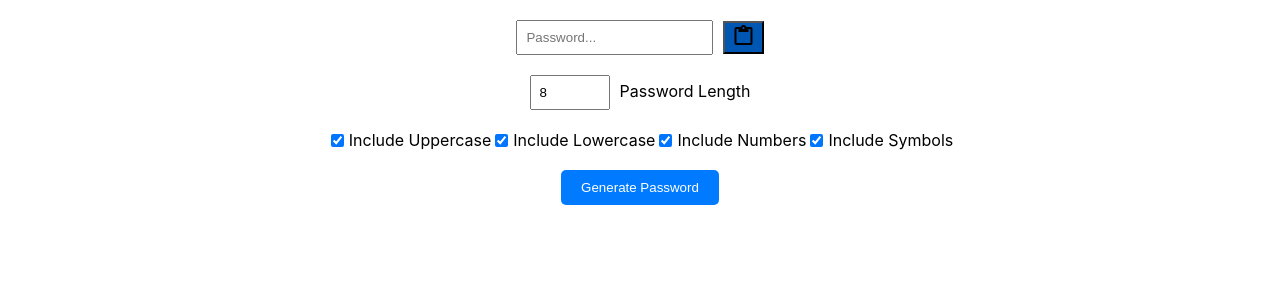
Repository: sriram1224/pass-generator
Page: /
These files come from the project's save history. The page is drawn as it stood at one moment and after the next save; the edit follows.
The browser window is 1280 px wide. The pictures show the whole page.
The pointer rests on the first visible `button`.
The project was rebuilt for these pictures with package versions that can differ from the ones it lists, and the page was loaded fresh each time.

Above is the page before, as saved 2024-03-21 20:09:27.

After the next save:
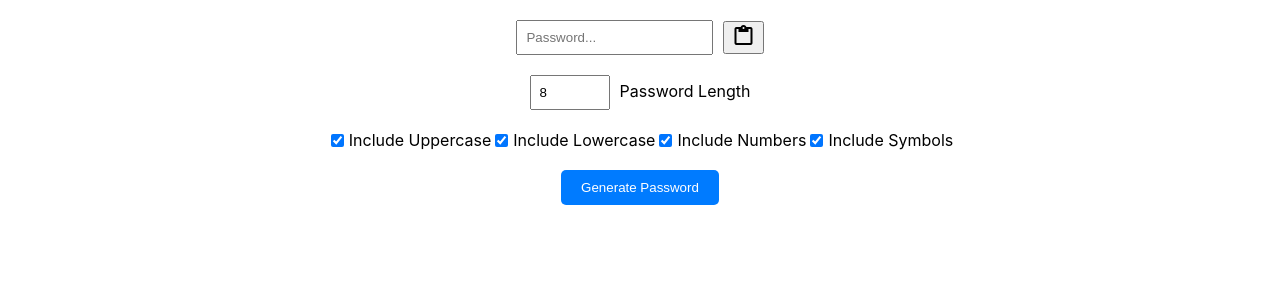
Saved 32 s later.
--- a/src/App.css
+++ b/src/App.css
@@ -43,7 +43,7 @@
   cursor: pointer;
 }
 
-button:hover {
+.generate:hover {
   background-color: #0056b3;
 }
 .password-input{
